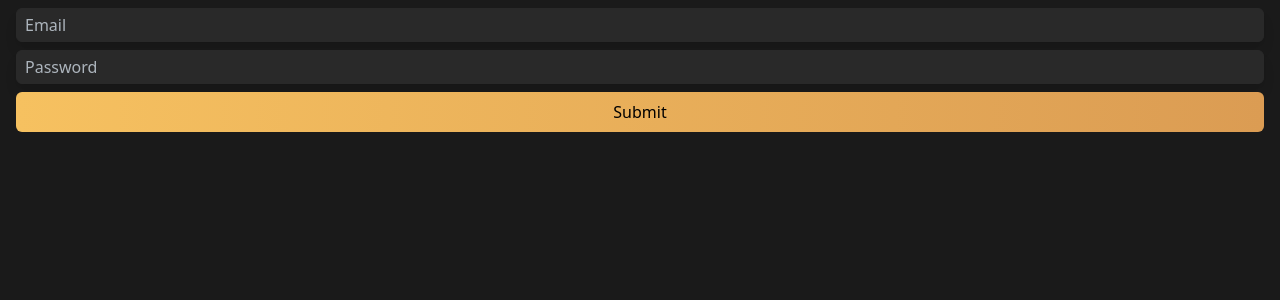
Repository: s-babaeizadeh/react-hook-form-with--zod-validation
Page: /
The author's editor kept a copy of each file at every save. The page is drawn from the files as they stood at one save, then again after the next save.
The browser window is 1280 px wide. The pictures show the whole page.
The project was rebuilt for these pictures with package versions that can differ from the ones it lists, and the page was loaded fresh each time. Also part of the build but not shown: vite.config.ts.

Above is the page before, as saved 2024-08-13 17:16:48.

### src/App.tsx
import React, { useState } from "react";

const App = () => {
  const [email, setEmail] = useState("");
  const [password, setPassword] = useState("");
  const [errors, setErrors] = useState<{ email: string; password: string }>({
    email: "",
    password: "",
  });

  const handleSubmit = (e: React.FormEvent) => {
    e.preventDefault();

    setErrors({ email: "", password: "" });

    if (!email.includes("@")) {
      setErrors({ ...errors, email: "Email must include @" });
      return;
    }

    if (password.length < 8) {
      setErrors({ ...errors, password: "Password must be at least 8 chars" });
      return;
    }

    console.log("Form submitted");
  };

  return (
    <form onSubmit={handleSubmit} className="form gap-2">
      <input
        type="text"
        placeholder="Email"
        value={email}
        onChange={(e) => setEmail(e.target.value)}
      />
      {errors.email && <div className="text-red-500">{errors.email}</div>}
      <input
        type="password"
        placeholder="Password"
        value={password}
        onChange={(e) => setPassword(e.target.value)}
      />
      {errors.password && <div className="text-red-500">{errors.password}</div>}
      <button type="submit">Submit</button>
    </form>
  );
};

export default App;

### src/index.css
@tailwind base;
@tailwind components;
@tailwind utilities;

body {
  @apply bg-background-800 text-white;
}

button,
button[type="submit"] {
  @apply rounded-md bg-gradient-to-r from-primary-500 to-secondary-600 px-6 py-2 text-black hover:opacity-50;
}

button:disabled,
button[type="submit"]:disabled {
  @apply opacity-50;
}

input[type="text"],
input[type="email"],
input[type="password"] {
  @apply rounded-md border border-background-700 bg-background-700 px-2 py-1 text-white shadow-lg outline-none  focus:border-primary-500;
}

.form {
  @apply flex flex-col px-4 py-2;
}

.tutorial-shorts {
  @apply flex flex-col px-8 py-4;
}

### tailwind.config.js
/** @type {import('tailwindcss').Config} */
export default {
  content: ["./index.html", "./src/**/*.{js,ts,jsx,tsx}"],
  theme: {
    extend: {
      colors: {
        primary: {
          500: "#f6c160",
          600: "#e0b058",
        },
        secondary: {
          500: "#f6b060",
          600: "#db9c53",
        },
        background: {
          700: "#292929",
          800: "#1a1a1a",
        },
        gray: {
          300: "#f8f9fa",
          400: "#adb5bd",
        },
      },
    },
  },
  plugins: [],
};

Loaded but not shown: index.html (common file); src/main.tsx (common file)

After the next save:
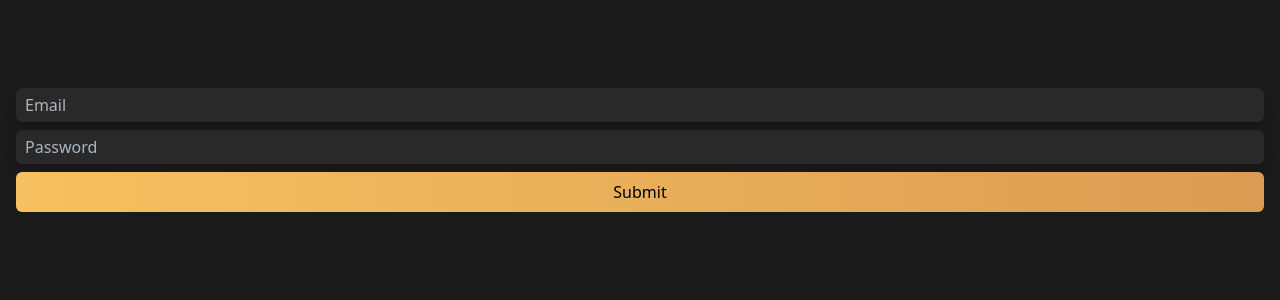
Saved 90 s later.
--- a/src/App.tsx
+++ b/src/App.tsx
@@ -27,7 +27,7 @@ const App = () => {
   };
 
   return (
-    <form onSubmit={handleSubmit} className="form gap-2">
+    <form onSubmit={handleSubmit} className="form gap-2 mt-20">
       <input
         type="text"
         placeholder="Email"
